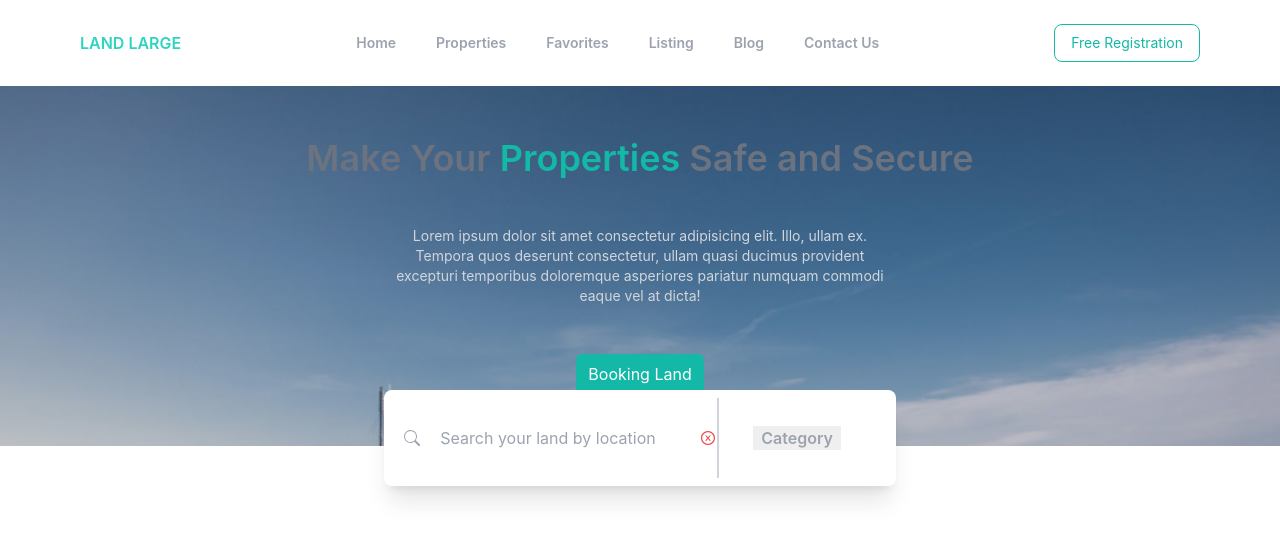
Repository: MuniruIssah/realestate
Page: /
These files come from the project's save history. The page is drawn as it stood at one moment and after the next save; the edit follows.
The browser window is 1280 px wide. The pictures show the whole page.
The project was rebuilt for these pictures with package versions that can differ from the ones it lists, and the page was loaded fresh each time. Also part of the build but not shown: src/App.css.

Above is the page before, as saved 2022-02-19 23:04:15.

### src/App.js
import logo from './logo.svg';
import './App.css';
import Header from './components/Header';
import Jumbotron from './components/Jumbotron';
import Search from './components/Search';

function App() {
  return (
    <div className="h-screen">
      <Header/>
      <Jumbotron/>
      <Search/>

    </div>
  );
}

export default App;

### src/components/Header.js
import React from "react";
const links = [
  "Home",
  "Properties",
  "Favorites",
  "Listing",
  "Blog",
  "Contact Us",
];
const Header = () => {
  return (
    <div className="flex justify-between items-center px-3 lg:px-20 py-6">
      <span className="uppercase text-teal-400  font-semibold">land large</span>
      <div className="hidden lg:flex space-x-10 items-center">
        {links.map((link, index) => (
          <LinkItem key={index} name={link} />
        ))}
      </div>
      <button className="text-teal-500 border border-teal-500 rounded rounded-lg py-2 px-4 text-sm">
          Free Registration
      </button>
    </div>
  );
};

export default Header;

const LinkItem = ({ name }) => {
  return (
    <a href="#" className="text-gray-400 hover:text-teal-500 font-semibold text-sm">
      {name}
    </a>
  );
};

### src/components/Jumbotron.js
import React from "react";
import building from "../assets/R.png";
const Jumbotron = () => {
  return (
    <div
      style={{ backgroundImage: `url(${building})` }}
      className="h-3/6 flex flex-col justify-center items-center space-y-12 w-full  bg-no-repeat bg-cover "
    >
      <span className="lg:text-4xl text-gray-500 text-center font-semibold">
        Make Your <span className="text-teal-500">Properties</span> Safe and
        Secure
      </span>
      <p className="text-gray-300 text-sm text-center max-w-lg">
        Lorem ipsum dolor sit amet consectetur adipisicing elit. Illo, ullam ex.
        Tempora quos deserunt consectetur, ullam quasi ducimus provident
        excepturi temporibus doloremque asperiores pariatur numquam commodi
        eaque vel at dicta!
      </p>
      <button className="text-white bg-teal-500 py-2 px-3 rounded rounded-md">
          Booking Land
      </button>
    </div>
  );
};

export default Jumbotron;

### src/components/Search.js
import React from "react";
import { BsSearch } from "react-icons/bs";
import { AiOutlineCloseCircle } from "react-icons/ai";
const Search = () => {
  return (
    <div className="hidden lg:block relative w-full bg-blue-600">
      <div className="absolute h-24 w-full  -top-14">
        <div className="flex shadow shadow-xl h-full w-2/5 rounded rounded-lg bg-white mx-auto px-5 py-2">
          <div className="basis-2/3 flex items-center justify-center border-r-2 border-gray-300 space-x-5 ">
            <BsSearch className="text-gray-400" />
            <input
              type="text"
              className="w-60 outline-none text-gray-400"
              placeholder="Search your land by location"
            />
            <AiOutlineCloseCircle className="text-red-500" />
          </div>
          <div className="flex justify-center items-center basis-1/3">
            <select
              name="category"
              className="text-gray-400 outline-none px-2 font-semibold appearance-none"
              id=""
            >
              <option>Category</option>
            </select>
          </div>
        </div>
      </div>
    </div>
  );
};

export default Search;

Loaded but not shown: public/index.html (common file); src/index.js (common file); src/index.css (common file); src/reportWebVitals.js (common file); tailwind.config.js (common file)

After the next save:
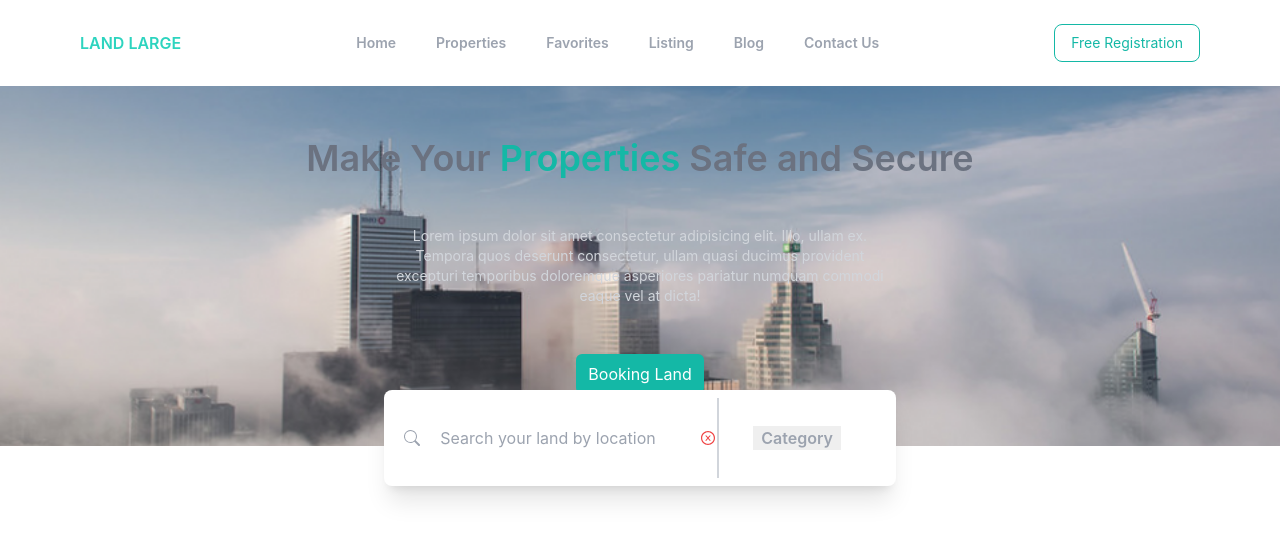
Saved 7 s later.
--- a/src/components/Jumbotron.js
+++ b/src/components/Jumbotron.js
@@ -4,7 +4,7 @@
   return (
     <div
       style={{ backgroundImage: `url(${building})` }}
-      className="h-3/6 flex flex-col justify-center items-center space-y-12 w-full  bg-no-repeat bg-cover "
+      className="h-3/6 flex flex-col justify-center items-center space-y-12 w-full  bg-no-repeat bg-cover bg-center"
     >
       <span className="lg:text-4xl text-gray-500 text-center font-semibold">
         Make Your <span className="text-teal-500">Properties</span> Safe and

After the save that followed:
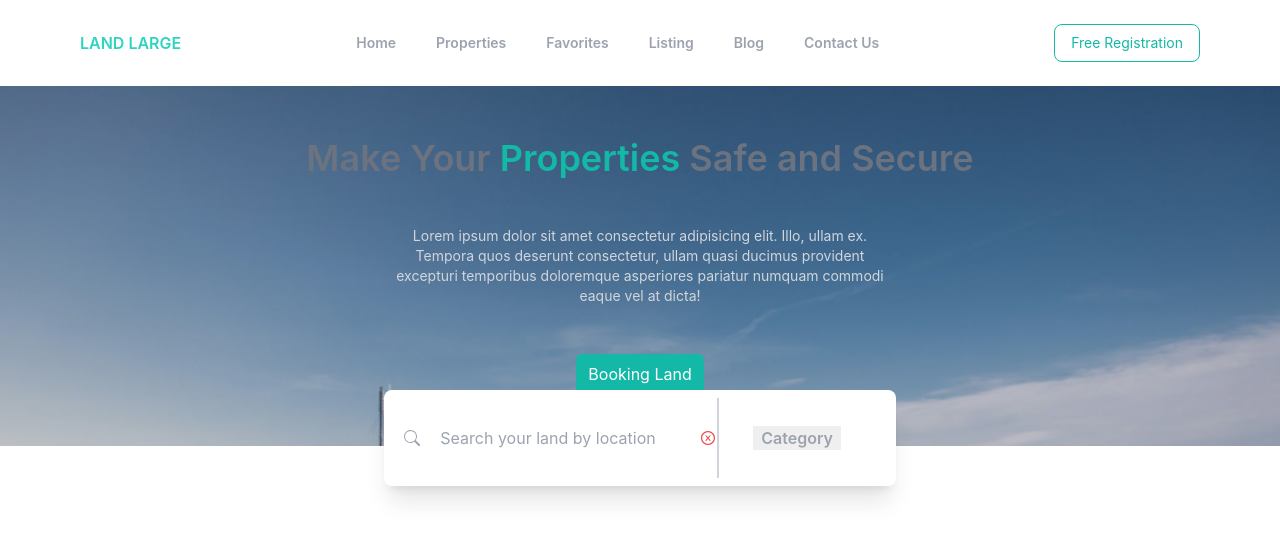
Saved 10 s later.
--- a/src/components/Jumbotron.js
+++ b/src/components/Jumbotron.js
@@ -4,7 +4,7 @@
   return (
     <div
       style={{ backgroundImage: `url(${building})` }}
-      className="h-3/6 flex flex-col justify-center items-center space-y-12 w-full  bg-no-repeat bg-cover bg-center"
+      className="h-3/6 flex flex-col justify-center items-center space-y-12 w-full  bg-no-repeat bg-cover bg-cent"
     >
       <span className="lg:text-4xl text-gray-500 text-center font-semibold">
         Make Your <span className="text-teal-500">Properties</span> Safe and
